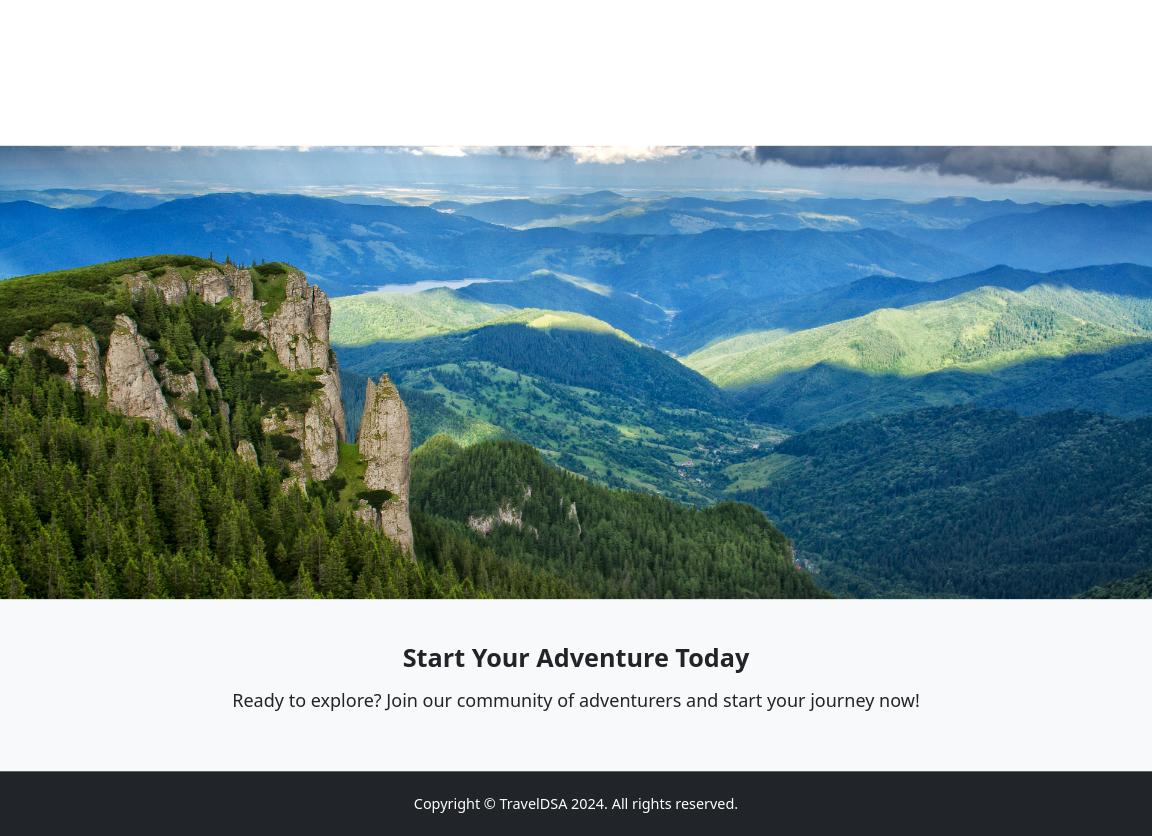
Repository: bettowww/TravelDSA
Page: /home
These files come from the project's save history. The page is drawn as it stood at one moment and after a run of saves; the edit follows.
The browser window is 1280 px wide. The pictures show the whole page, at 90% of full size.
The project was rebuilt for these pictures with package versions that can differ from the ones it lists, and the page was loaded fresh each time. The framework's server and built-in components were replaced by stand-ins that run in the browser. Also part of the build but not shown: next.config.mjs.

Above is the page before, as saved 2024-12-10 14:12:03.

### app/home/page.jsx
"use client";

// import React, { useState } from "react";
// import { useRouter } from "next/navigation";

import "../../styles/home.css"; // Importă stilurile CSS
import "bootstrap/dist/css/bootstrap.min.css"; // Import Bootstrap CSS

const HomePage = () => {
  // const router = useRouter(); // Pentru navigare

  return (
    <div>
      {/* Header Section */}
      <header>
        <div className="text-center my-5">
          <h1 className="text-white fs-3 fw-bolder">
            Welcome to TravelDSA
          </h1>
          <p className="text-white-50 mb-0">
            Your trusted travel companion for exploring the world.
          </p>
        </div>
      </header>

      {/*Picture section */}
      <section
        style={{
          backgroundImage: `url("/pictures/homepage.jpg")`,
          backgroundSize: "cover",
          backgroundPosition: "center",
          backgroundRepeat: "no-repeat",
          minHeight: "70vh", // Ensure the section spans at least the full height of the viewport
        }}
      >
      </section>


      {/* Call to Action Section */}
      <section className="py-5 bg-light">
        <div className="container text-center">
          <h3 className="fw-bold mb-3">Start Your Adventure Today</h3>
          <p className="lead">
            Ready to explore? Join our community of adventurers and start your
            journey now!
          </p>
        </div>
      </section>

      {/* Footer */}
      <footer className="py-4 bg-dark">
        <div className="container">
          <p className="m-0 text-center text-white">
            Copyright &copy; TravelDSA 2024. All rights reserved.
          </p>
        </div>
      </footer>
    </div>
  );
};

export default HomePage;

Loaded but not shown: styles/home.css (library)

After the next 3 saves:
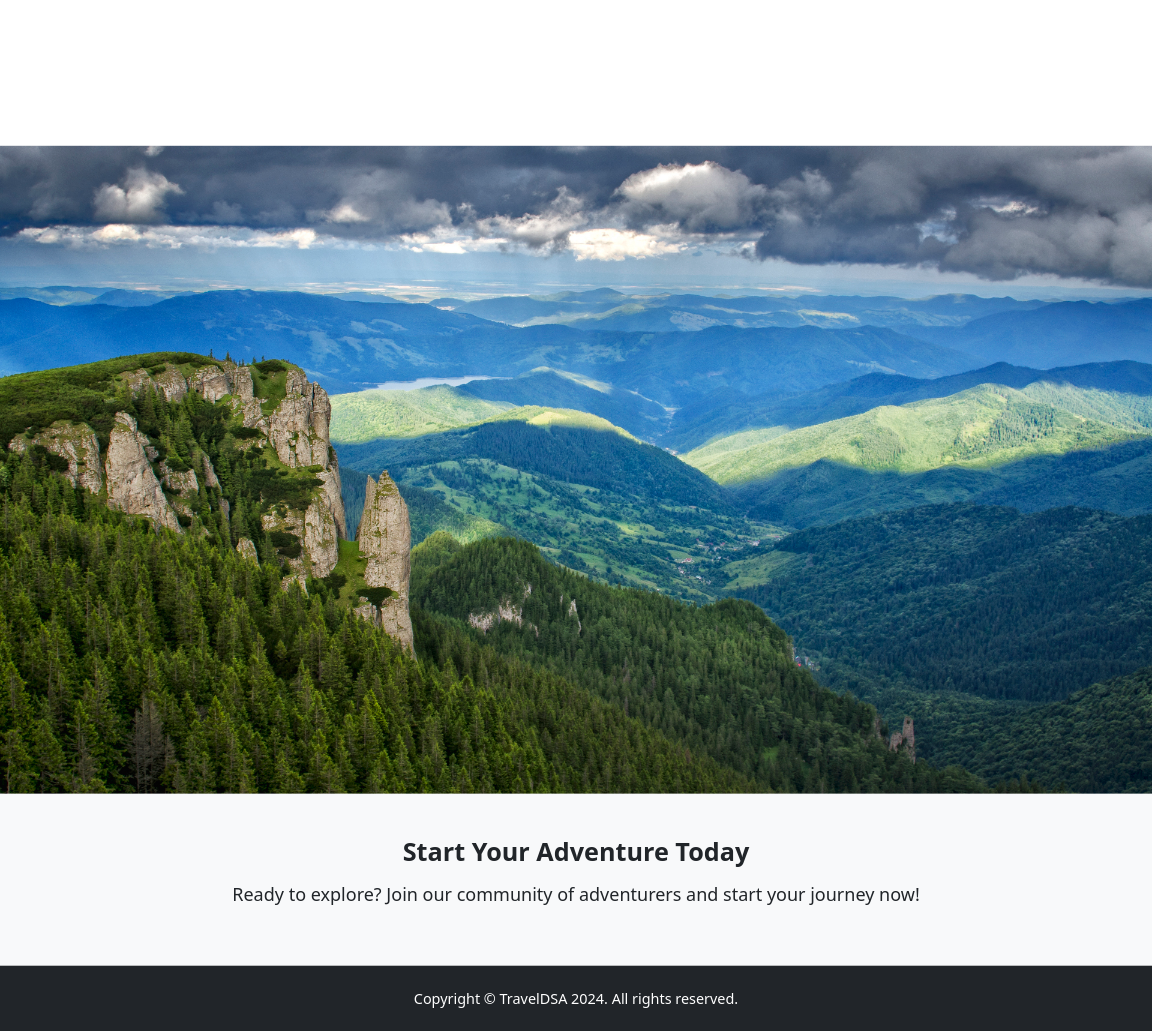
The 3 saves are shown as one change because they came seconds apart.
The last was saved 13 s later.
--- a/app/home/page.jsx
+++ b/app/home/page.jsx
@@ -30,7 +30,7 @@
           backgroundSize: "cover",
           backgroundPosition: "center",
           backgroundRepeat: "no-repeat",
-          minHeight: "70vh", // Ensure the section spans at least the full height of the viewport
+          minHeight: "100vh",
         }}
       >
       </section>

After the save that followed:
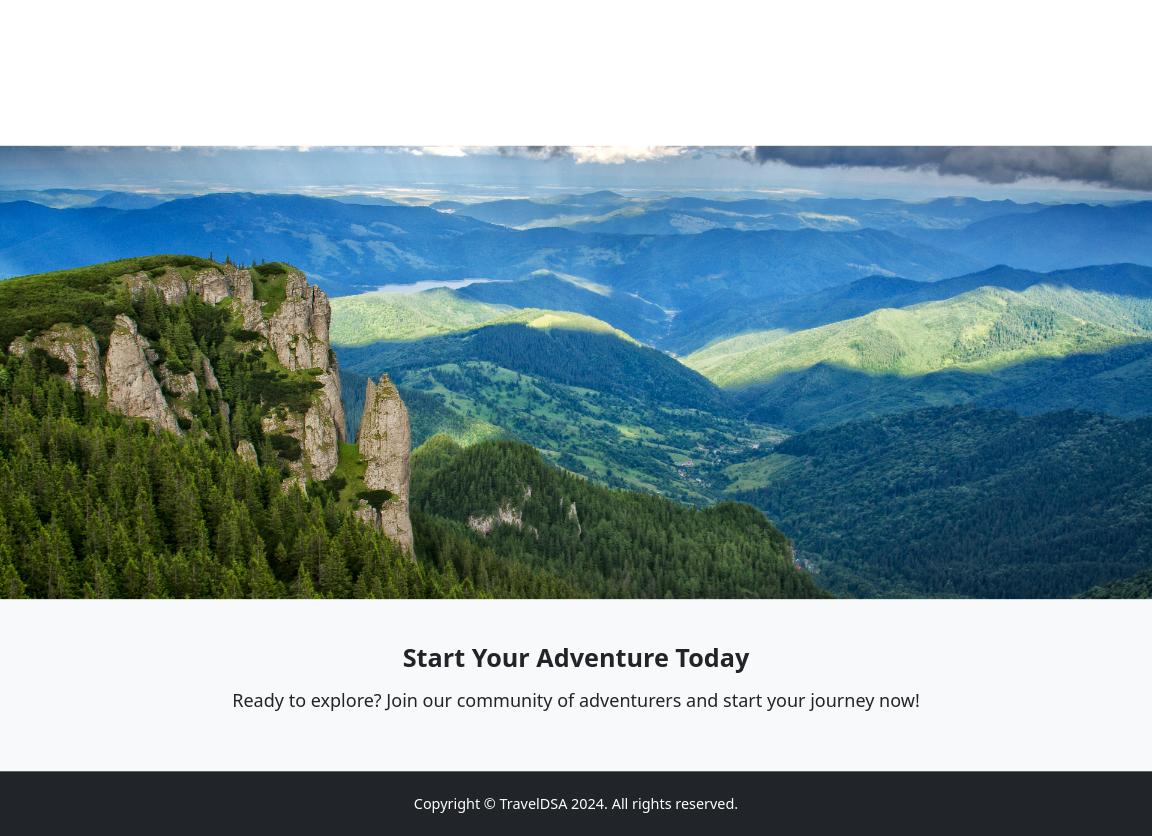
Saved 7 s later.
--- a/app/home/page.jsx
+++ b/app/home/page.jsx
@@ -30,7 +30,7 @@
           backgroundSize: "cover",
           backgroundPosition: "center",
           backgroundRepeat: "no-repeat",
-          minHeight: "100vh",
+          minHeight: "70vh",
         }}
       >
       </section>
